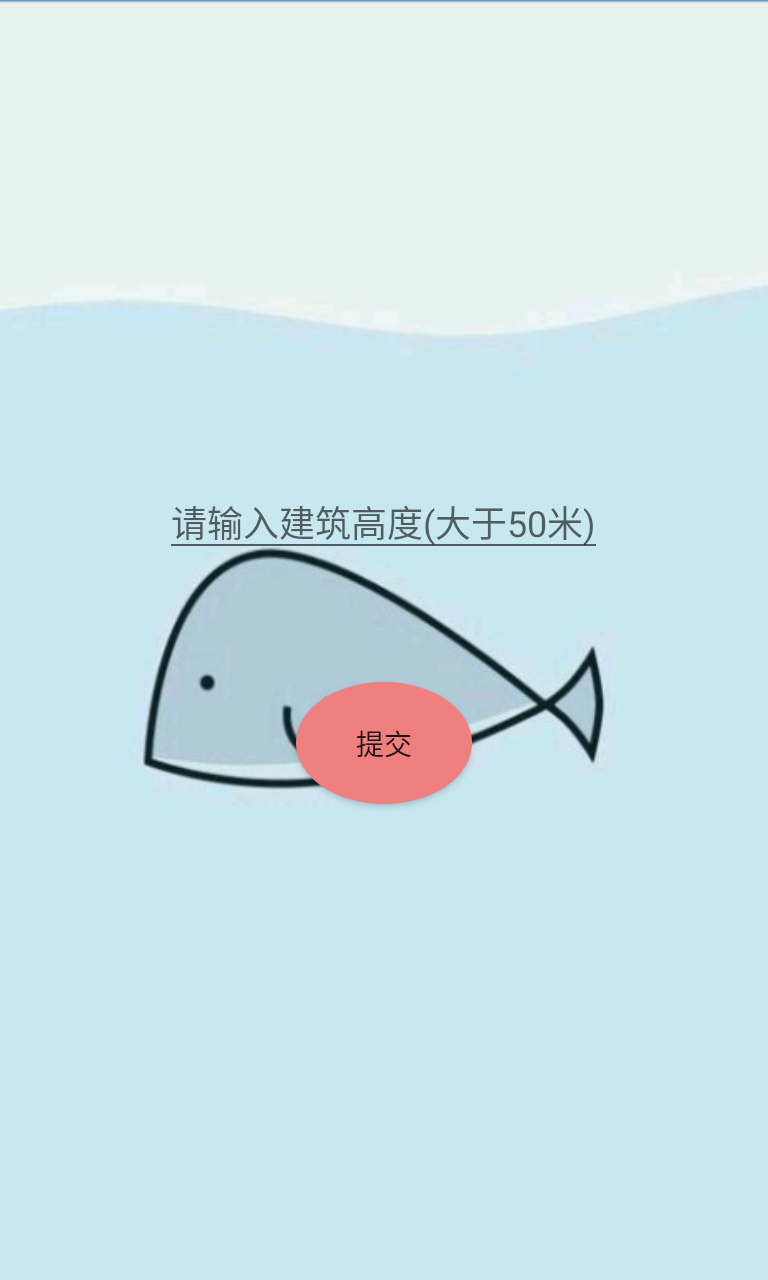
Repository: hohoTT/fireWork_handle_app
Layout: fireWork_handle_app/res/layout/water_power_pump_high.xml
An editor plug-in stored every save of this project. The layout is shown before and after the next save, followed by the edit.
It is drawn on a 768 x 1280 px phone screen (xhdpi) without system bars, with theme AppTheme; the app's code is not run.

Above is the layout before, as saved 2016-03-06 12:10:54.

### fireWork_handle_app/res/layout/water_power_pump_high.xml
<?xml version="1.0" encoding="utf-8"?>
<LinearLayout xmlns:android="http://schemas.android.com/apk/res/android"
    android:layout_width="match_parent"
    android:layout_height="match_parent"
    android:gravity="center_vertical"
    android:orientation="vertical"
    android:background="@drawable/bg1">

    <EditText
        android:id="@+id/water_power_pump_high_height"
        android:layout_width="wrap_content"
        android:layout_height="wrap_content"
        android:layout_gravity="center_horizontal"
	    android:layout_margin="30dp"
        android:hint="@string/water_power_pump_high_height" />

    <Button
        android:id="@+id/btu_water_power_pump_high_send"
        android:layout_width="wrap_content"
        android:layout_height="wrap_content"
        android:layout_gravity="center"
	    android:layout_margin="30dp"
	    android:padding="20dp"
        android:text="@string/btn_send"
        android:background="@drawable/shape_three" />


</LinearLayout>

### fireWork_handle_app/res/values/strings.xml
<?xml version="1.0" encoding="utf-8"?>
<resources>

    <string name="app_name">fireWork_handle_app</string>
    <string name="fire_calculate">现场计算</string>
    <string name="fire_agent">火灾剂用量计算</string>
    <string name="fire_plan">火灾预案</string>
    <string name="normal_fire">一般火灾计算</string>
    <string name="normal_fire_result">一般火灾用水量计算结果</string>
    <string name="oilcan_fire">油罐火灾情况下的计算</string>
    <string name="olican_fire_water">冷却用水量计算</string>
    <string name="olican_fire_foam">泡沫用量计算</string>
    <string name="olican_fire_water_result">该油罐火灾用水量计算结果</string>
    <string name="oilcan_fire_foam_result">该油罐火灾泡沫用量计算结果</string>
    <string name="water_power">供水压力计算</string>
    <string name="water_power_fire">火场供水压力计算</string>
    <string name="water_power_pump">水泵接合器供水技术计算</string>
    <string name="water_power_fire_building">建筑火灾供水压力计算</string>
    <string name="water_power_fire_building_result">建筑火灾火场供水压力计算结果</string>
    <string name="water_power_fire_oilcan">油罐火灾供水压力计算</string>
    <string name="water_power_fire_oilcan_result">油罐火灾供水压力计算结果</string>
    <string name="water_power_pump_low">建高小于50米的供水压力计算</string>
    <string name="water_power_pump_low_result">建高小于50米的供水压力计算结果</string>
    <string name="water_power_pump_high">建高高于50米的供水压力计算</string>
    <string name="water_power_pump_high_result">建高高于50米的供水压力计算结果</string>


    <string name="btu_water_power">供水压力计算</string>
    <string name="btu_oilcan_fire">油罐火灾计算</string>
    <string name="fire_area">请输入过火面积</string>
    <string name="olican_diameter">请输入油罐直径</string>
    <string name="text_olican_type">请选择您需要计算的油罐类型:</string>
    <string name="olican_type_fixed">固定顶油罐</string>
    <string name="olican_type_drift">浮顶油罐</string>
    <string name="olican_fire_foam_area">请输入油罐的燃烧面积</string>
    <string name="olican_fire_foam_flow">请输入流量</string>
    <string name="water_power_fire_building_count_feeder">请输入一条干线支线的数量</string>
    <string name="water_power_fire_building_count_groundline_band">请输入一条干线水带数量</string>
    <string name="water_power_fire_building_count_feeder_band">请输入一条支线水带数量</string>
    <string name="water_power_fire_building_height">请输入高度差</string>

    <string name="water_power_fire_oilcan_count_feeder">请输入一条干线支线的数量</string>
    <string name="water_power_fire_oilcan_count_groundline_band">请输入一条干线水带数量</string>
    <string name="water_power_fire_oilcan_count_feeder_band">请输入一条支线水带数量</string>
    <string name="water_power_fire_oilcan_height">请输入高度差</string>
    <string name="water_power_pump_low_height">请输入建筑高度(小于50米)</string>
    <string name="water_power_pump_high_height">请输入建筑高度(大于50米)</string>



    <string name="text_water">一般火灾中每秒的用水量为 : </string>
    <string name="text_fire_time">10吨消防车可持续灭火的时间为 : </string>
    <string name="text_oilcan_fire_water">该油罐火灾中每秒的用水量为 : </string>
    <string name="text_oilcan_fire_foam_water">该油罐火灾中水的用量为 : </string>
    <string name="text_oilcan_fire_form_stoste">该油罐火灾中泡沫原液的用量为 : </string>
    <string name="text_water_power_fire_building_65">65mm水带建筑火灾的供水压力为 : </string>
    <string name="text_water_power_fire_building_80">80mm水带建筑火灾的供水压力为 : </string>
    <string name="text_water_power_fire_oilcan_65">65mm水带油罐火灾的供水压力为 : </string>
    <string name="text_water_power_fire_oilcan_80">80mm水带油罐火灾的供水压力为 :</string>
    <string name="test_water_power_pump_low_height">该建筑高度下的供水压力为 :</string>
    <string name="test_water_power_pump_high_height">该建筑高度下的供水压力为 :</string>


    <string name="btn_send">提交</string>

    <string name="hello_world">Hello world!</string>
    <string name="action_settings">Settings</string>





</resources>

### fireWork_handle_app/res/drawable/shape_three.xml
<?xml version="1.0" encoding="utf-8"?>
<shape
    xmlns:android="http://schemas.android.com/apk/res/android"

  android:shape="oval">

    <!-- 填充的颜色 -->

    <solid android:color="#F08080"/>

     <!-- 设置按钮的四个角为弧形 -->

     <!-- android:radius 弧形的半径 -->

     <corners android:radius="360dip"/>



     <!-- padding: Button 里面的文字与Button边界的间隔 -->

     <padding

        android:left="10dp"

        android:top="5dp"

        android:right="10dp"

        android:bottom="5dp"

     />

</shape>

Loaded but not shown: fireWork_handle_app/res/values/styles.xml (common file); fireWork_handle_app/res/values-v11/styles.xml (common file); fireWork_handle_app/res/values-v14/styles.xml (common file)

After the next save:
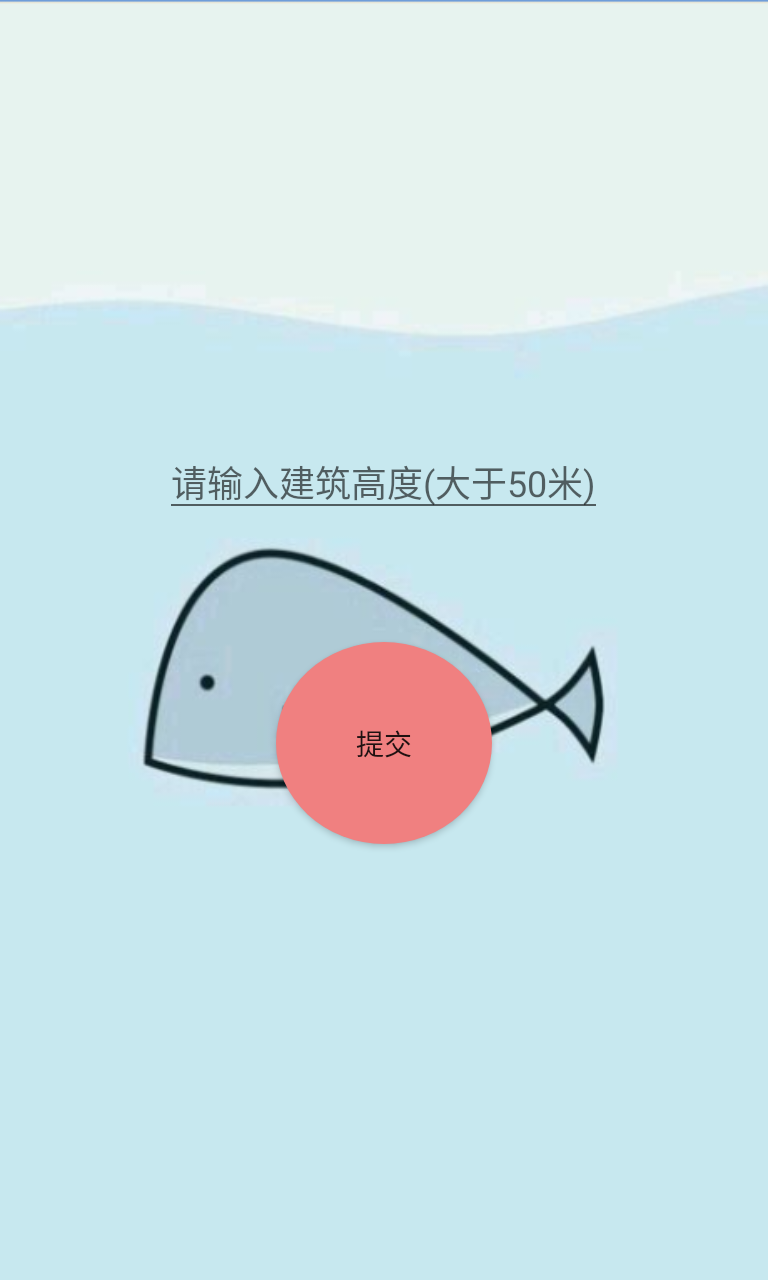
Saved 14 s later.
--- a/fireWork_handle_app/res/layout/water_power_pump_high.xml
+++ b/fireWork_handle_app/res/layout/water_power_pump_high.xml
@@ -20,7 +20,7 @@
         android:layout_height="wrap_content"
         android:layout_gravity="center"
 	    android:layout_margin="30dp"
-	    android:padding="20dp"
+	    android:padding="40dp"
         android:text="@string/btn_send"
         android:background="@drawable/shape_three" />
 
